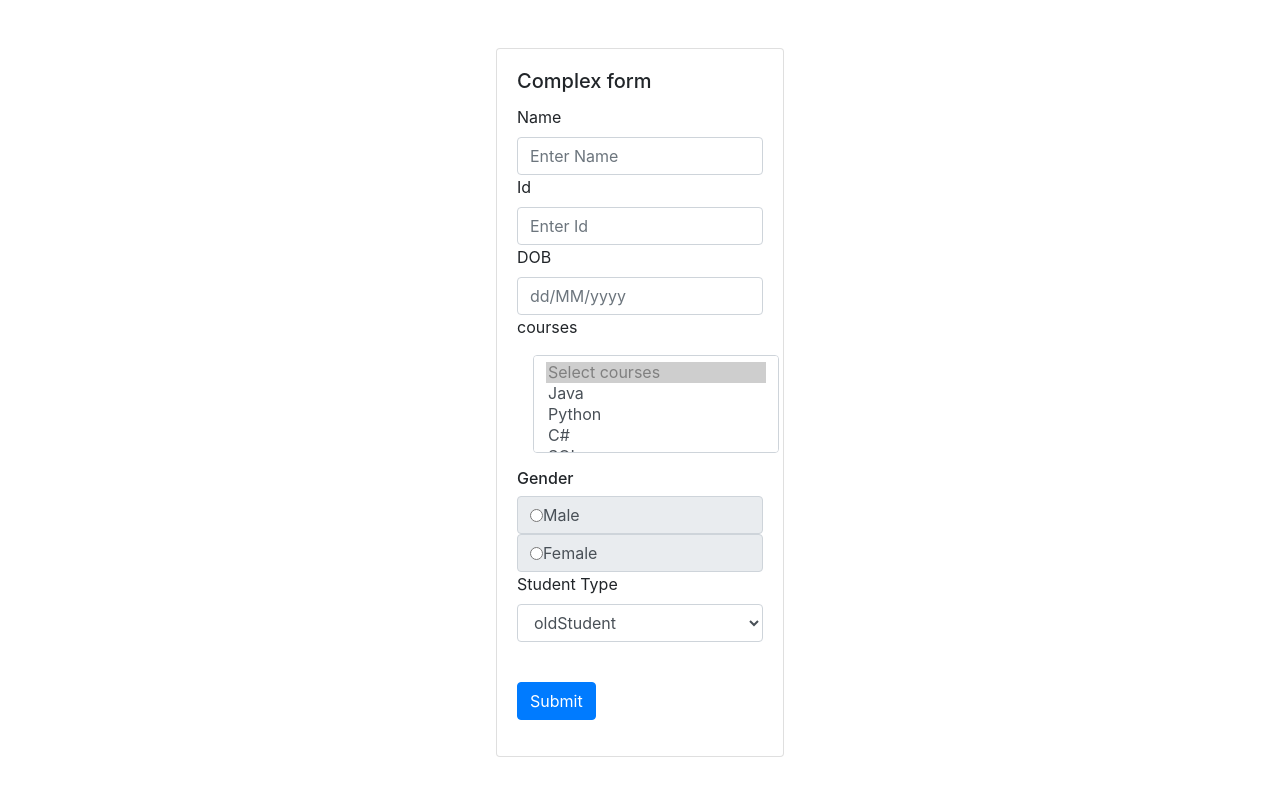
Repository: parvaizsajad/SpringFrameWork
Page: http://localhost/com.springMvc.search/complex
These files come from the project's save history. The page is drawn as it stood at one moment and after the next save; the edit follows.
The browser window is 1280 px wide. The pictures show the whole page.
Some web libraries are served in a nearby version. The page is served by Tomcat 9. Other server files are loaded and not shown.

Above is the page before, as saved 2021-09-10 11:44:57.

### com.springMvc.search/src/main/webapp/WEB-INF/spring-servlet.xml
<?xml version="1.0" encoding="UTF-8"?>


<!-- 2nd step step create the configuration file. -->

<beans xmlns="http://www.springframework.org/schema/beans"
	xmlns:xsi="http://www.w3.org/2001/XMLSchema-instance" xmlns:context="http://www.springframework.org/schema/context"
	xmlns:p="http://www.springframework.org/schema/p"
	xmlns:tx="http://www.springframework.org/schema/tx"
	xsi:schemaLocation="http://www.springframework.org/schema/beans
    http://www.springframework.org/schema/beans/spring-beans.xsd
    http://www.springframework.org/schema/context
    http://www.springframework.org/schema/context/spring-context.xsd
     http://www.springframework.org/schema/tx
    http://www.springframework.org/schema/tx/spring-tx.xsd
    ">
 <!--This is our bean or the metadata for our class  -->

 <context:component-scan base-package="com.springMvc.search"></context:component-scan>

<!--  view Resolver -->
   <bean class="org.springframework.web.servlet.view.InternalResourceViewResolver" name="viewResolver">
   <property name="prefix" value="/WEB-INF/views/"></property>
   <property name="suffix" value=".jsp"></property>
   </bean>




 </beans>

### com.springMvc.search/src/main/webapp/WEB-INF/views/complex.jsp
<%@ page language="java" contentType="text/html; charset=ISO-8859-1"
    pageEncoding="ISO-8859-1"%>
<!doctype html>
<html lang="en">
  <head>
    <!-- Required meta tags -->
    <meta charset="utf-8">
    <meta name="viewport" content="width=device-width, initial-scale=1, shrink-to-fit=no">

    <!-- Bootstrap CSS -->
    <link rel="stylesheet" href="https://maxcdn.bootstrapcdn.com/bootstrap/4.0.0/css/bootstrap.min.css" integrity="sha384-Gn5384xqQ1aoWXA+058RXPxPg6fy4IWvTNh0E263XmFcJlSAwiGgFAW/dAiS6JXm" crossorigin="anonymous">


   <div class="card mx-auto m-5" style="width: 18rem;">

  <div class="card-body">
    <h5 class="card-title">Complex form</h5>



     <form action="handleform" method="post">
   <h3 class="text-center"></h3>

    <div class="form-group">
    <label for="name">Name</label>
    <input type="text" class="form-control" id="name" aria-describedby="emailHelp" name="name" placeholder="Enter Name">

     <label for="id">Id</label>
    <input type="number" class="form-control" id="id" aria-describedby="emailHelp" name="id"  placeholder="Enter Id">


      <label for="dob">DOB</label>
    <input type="text" class="form-control" id="dob" aria-describedby="emailHelp" name="dob"  placeholder="dd/MM/yyyy">

    <h7> courses</h7>
    <select class="custom-select m-3" name="courses" multiple="multiple">
  <option selected disabled="disabled">Select courses</option>
  <option value="1">Java</option>
  <option value="2">Python</option>
  <option value="3">C#</option>
  <option value="4">SQL</option>
</select>


     <h6>Gender</h6>
    <div class="input-group-text">

    <input class="gender" type="radio" name="gender" value="Male" id="male1">Male
    </div>
    <div class="input-group-text">
    <input class="gender" type="radio"  name="gender" value="Female" id="male1">Female
    </div>

 <div class="form-group">
 <label for="">Student Type</label><select class="form-control" name="type">
 <option value="oldStudent">oldStudent</option>
  <option value="newStudent">newStudent</option>
 </select>

 </div>
<br>

      <button type="submit" class="btn btn-primary">Submit</button>
</form>


  </div>
  </div>
</div>



    <!-- Optional JavaScript -->
    <!-- jQuery first, then Popper.js, then Bootstrap JS -->
    <script src="https://code.jquery.com/jquery-3.2.1.slim.min.js" integrity="sha384-KJ3o2DKtIkvYIK3UENzmM7KCkRr/rE9/Qpg6aAZGJwFDMVNA/GpGFF93hXpG5KkN" crossorigin="anonymous"></script>
    <script src="https://cdnjs.cloudflare.com/ajax/libs/popper.js/1.12.9/umd/popper.min.js" integrity="sha384-ApNbgh9B+Y1QKtv3Rn7W3mgPxhU9K/ScQsAP7hUibX39j7fakFPskvXusvfa0b4Q" crossorigin="anonymous"></script>
    <script src="https://maxcdn.bootstrapcdn.com/bootstrap/4.0.0/js/bootstrap.min.js" integrity="sha384-JZR6Spejh4U02d8jOt6vLEHfe/JQGiRRSQQxSfFWpi1MquVdAyjUar5+76PVCmYl" crossorigin="anonymous"></script>
  </body>
</html>

### com.springMvc.search/src/main/java/com/springMvc/search/Generilizedexceptionhandler.java
package com.springMvc.search;

import org.springframework.http.HttpStatus;
import org.springframework.stereotype.Controller;
import org.springframework.web.bind.annotation.ControllerAdvice;
import org.springframework.web.bind.annotation.ExceptionHandler;
import org.springframework.web.bind.annotation.ResponseStatus;

@ControllerAdvice
public class Generilizedexceptionhandler {
	@ResponseStatus(value = HttpStatus.INTERNAL_SERVER_ERROR)
	@ExceptionHandler({NullPointerException.class,NumberFormatException.class})
	public String errorHandler() {

		return "nullException";
	}
}

### com.springMvc.search/src/main/java/com/springMvc/search/SearchController.java
package com.springMvc.search;

import org.springframework.stereotype.Controller;
import org.springframework.web.bind.annotation.RequestMapping;
import org.springframework.web.bind.annotation.RequestParam;
import org.springframework.web.servlet.view.RedirectView;
@Controller
public class SearchController {
	@RequestMapping("/home")
	public String home() {

		System.out.println("going to home view");
		return("home");
	}
@RequestMapping("/search")
	public RedirectView search(@RequestParam("search") String sear) {
		String querry="https://www.google.com/search?q="+sear;
		RedirectView rd=new RedirectView();
		if(sear.isBlank()) {
		 rd.setUrl("home");
		 return rd;
		}


		rd.setUrl(querry);
		return rd;
	}
}

### com.springMvc.search/src/main/java/com/springMvc/search/complex.java
package com.springMvc.search;

import org.springframework.stereotype.Controller;
import org.springframework.ui.Model;
import org.springframework.web.bind.annotation.ModelAttribute;
import org.springframework.web.bind.annotation.RequestMapping;
import org.springframework.web.bind.annotation.RequestMethod;
import org.springframework.web.bind.annotation.RequestParam;

@Controller
public class complex {

	@RequestMapping("/complex")
	public String complexform() {

		return"/complex";
	}

	@RequestMapping(path = "/handleform",method = RequestMethod.POST)
	public String handleForm(@ModelAttribute Form form,Model model) {
	System.out.println(form);
		return "";
	}
}

### com.springMvc.search/src/main/java/com/springMvc/search/Form.java
package com.springMvc.search;

import java.util.Date;

public class Form {
	private String name;
	private String id;
	private Date dob;
	private String courses;
	private String gender;
	private String type;
	public Form() {
		super();
		// TODO Auto-generated constructor stub
	}
	@Override
	public String toString() {
		return "Form [name=" + name + ", id=" + id + ", dob=" + dob + ", courses=" + courses + ", gender=" + gender
				+ ", type=" + type + "]";
	}
	public Form(String name, String id, Date dob, String courses, String gender, String type) {
		super();
		this.name = name;
		this.id = id;
		this.dob = dob;
		this.courses = courses;
		this.gender = gender;
		this.type = type;
	}
	public String getName() {
		return name;
	}
	public void setName(String name) {
		this.name = name;
	}
	public String getId() {
		return id;
	}
	public void setId(String id) {
		this.id = id;
	}
	public Date getDob() {
		return dob;
	}
	public void setDob(Date dob) {
		this.dob = dob;
	}
	public String getCourses() {
		return courses;
	}
	public void setCourses(String courses) {
		this.courses = courses;
	}
	public String getGender() {
		return gender;
	}
	public void setGender(String gender) {
		this.gender = gender;
	}
	public String getType() {
		return type;
	}
	public void setType(String type) {
		this.type = type;
	}


}

After the next save:
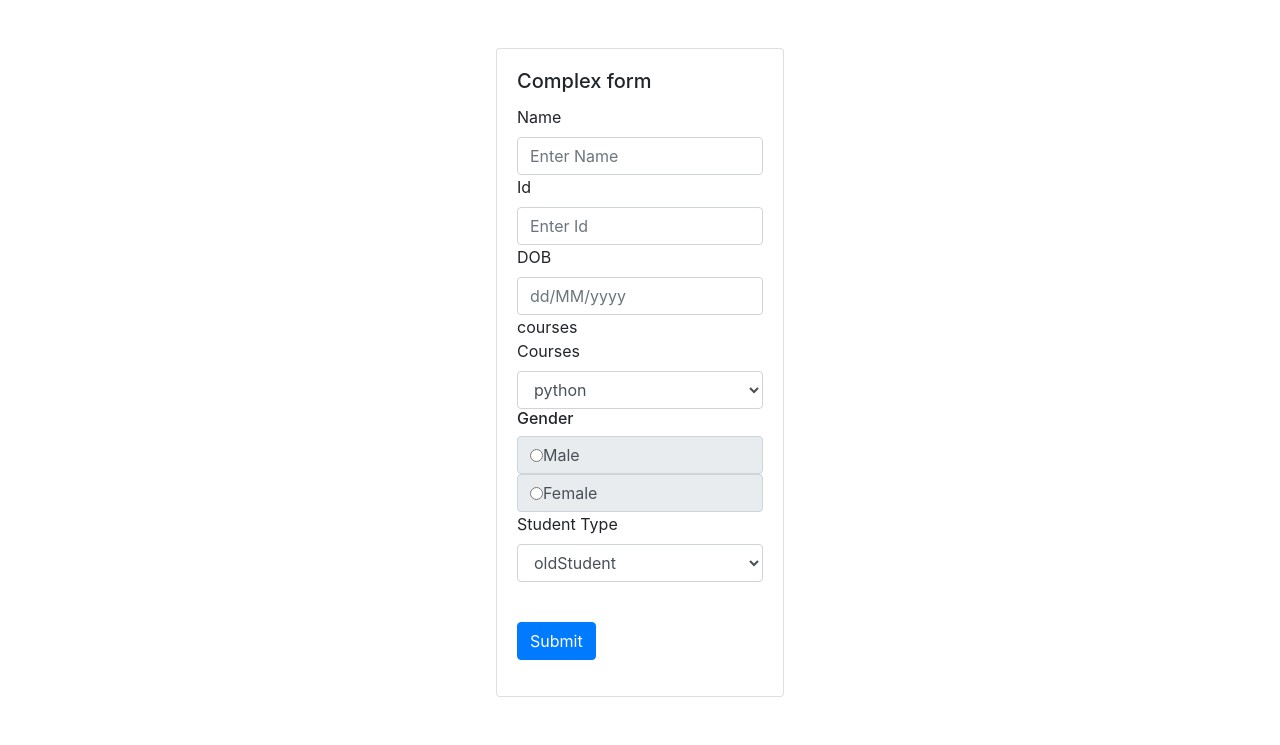
Saved 4 min 39 s later.
--- a/com.springMvc.search/src/main/webapp/WEB-INF/views/complex.jsp
+++ b/com.springMvc.search/src/main/webapp/WEB-INF/views/complex.jsp
@@ -33,13 +33,13 @@
     <input type="text" class="form-control" id="dob" aria-describedby="emailHelp" name="dob"  placeholder="dd/MM/yyyy">
 
     <h7> courses</h7>
-    <select class="custom-select m-3" name="courses" multiple="multiple">
-  <option selected disabled="disabled">Select courses</option>
-  <option value="1">Java</option>
-  <option value="2">Python</option>
-  <option value="3">C#</option>
-  <option value="4">SQL</option>
-</select>
+   <div class="form-group">
+ <label for="">Courses</label><select class="form-control" name="courses">
+ <option value="python">python</option>
+  <option value="java">java</option>
+   <option value="java">C#</option>
+    <option value="java">Spring</option>
+ </select>
 
 
      <h6>Gender</h6>
